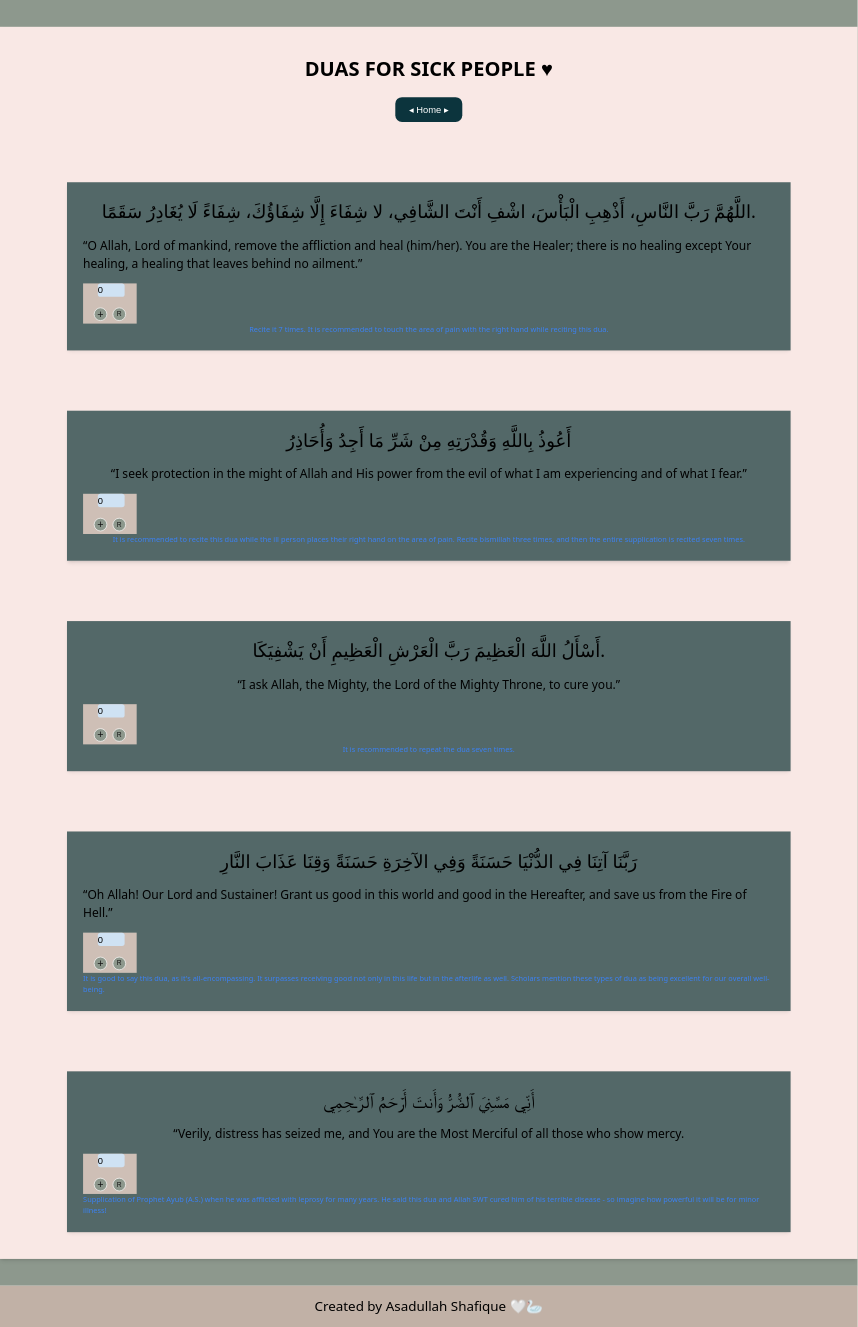
Repository: asadullah48/Duas_Diary
Page: /sick
These files come from the project's save history. The page is drawn as it stood at one moment and after a run of saves; the edit follows.
The browser window is 1280 px wide. The pictures show the whole page, at 67% of full size.
The project was rebuilt for these pictures with package versions that can differ from the ones it lists, and the page was loaded fresh each time. The framework's server and built-in components were replaced by stand-ins that run in the browser. Also part of the build but not shown: next.config.ts.

Above is the page before, as saved 2024-11-30 10:13:03.

### src/app/layout.tsx
import type { Metadata } from "next";
import localFont from "next/font/local";
import "./globals.css";
import Footer from "../components/footer";

const geistSans = localFont({
  src: "./fonts/GeistVF.woff",
  variable: "--font-geist-sans",
  weight: "100 900",
});
const geistMono = localFont({
  src: "./fonts/GeistMonoVF.woff",
  variable: "--font-geist-mono",
  weight: "100 900",
});

export const metadata: Metadata = {
  title: "Create Next App",
  description: "Generated by create next app",
};

export default function RootLayout({
  children,
}: Readonly<{
  children: React.ReactNode;
}>) {
  return (
    <html lang="en">
      <body
        className={`${geistSans.variable} ${geistMono.variable} antialiased`}
      >
        {children}
        <Footer/>
      </body>
    </html>
  );
}

### src/app/sick/page.tsx
import Link from "next/link";
import LightPinkSection from "@/components/props";
import Button from "@/components/button";

export default function Sick() {
  return (
    <div className="w-full h-auto bg-[#8D988D] flex justify-center items-center py-10">
      <div className="w-[95%] lg:w-[1300px] h-auto bg-[#F9E8E5] p-5 lg:p-10 rounded-md shadow-md">
        <div className="font-sans font-bold text-[24px] lg:text-[30px] text-black text-center mb-5">
          DUAS FOR SICK PEOPLE ♥
        </div>
        <Link href="/">
          <button className="bg-[#0c343d] text-white text-[12px] lg:text-[14px] mt-3 mb-5 mx-auto block rounded-[10px] px-5 py-2">
            ◂ Home ▸
          </button>
        </Link>

        {/* Dua Sections */}
        <LightPinkSection
          paragraph="اللَّهُمَّ رَبَّ النَّاسِ، أَذْهِبِ الْبَأْسَ، اشْفِ أَنْتَ الشَّافِي، لا شِفَاءَ إِلَّا شِفَاؤُكَ، شِفَاءً لَا يُغَادِرُ سَقَمًا."
          paragraph2="“O Allah, Lord of mankind, remove the affliction and heal (him/her). You are the Healer; there is no healing except Your healing, a healing that leaves behind no ailment.”"
          buttonText={<Button />}
          note="Recite it 7 times. It is recommended to touch the area of pain with the right hand while reciting this dua."
        />
        <LightPinkSection
          paragraph="أَعُوذُ بِاللَّهِ وَقُدْرَتِهِ مِنْ شَرِّ مَا أَجِدُ وَأُحَاذِرُ"
          paragraph2="“I seek protection in the might of Allah and His power from the evil of what I am experiencing and of what I fear.”"
          buttonText={<Button />}
          note="It is recommended to recite this dua while the ill person places their right hand on the area of pain. Recite bismillah three times, and then the entire supplication is recited seven times."
        />
        <LightPinkSection
          paragraph="أَسْأَلُ اللَّهَ الْعَظِيمَ رَبَّ الْعَرْشِ الْعَظِيمِ أَنْ يَشْفِيَكَا."
          paragraph2="“I ask Allah, the Mighty, the Lord of the Mighty Throne, to cure you.”"
          buttonText={<Button />}
          note="It is recommended to repeat the dua seven times."
        />
        <LightPinkSection
          paragraph="رَبَّنَا آتِنَا فِي الدُّنْيَا حَسَنَةً وَفِي الآخِرَةِ حَسَنَةً وَقِنَا عَذَابَ النَّارِ"
          paragraph2="“Oh Allah! Our Lord and Sustainer! Grant us good in this world and good in the Hereafter, and save us from the Fire of Hell.”"
          buttonText={<Button />}
          note="It is good to say this dua, as it's all-encompassing. It surpasses receiving good not only in this life but in the afterlife as well. Scholars mention these types of dua as being excellent for our overall well-being."
        />
        <LightPinkSection
          paragraph="أَنِّي مَسَّنِيَ ٱلضُّرُّ وَأَنتَ أَرۡحَمُ ٱلرَّـٰحِمِي"
          paragraph2="“Verily, distress has seized me, and You are the Most Merciful of all those who show mercy."
          buttonText={<Button />}
          note="Supplication of Prophet Ayub (A.S.) when he was afflicted with leprosy for many years. He said this dua and Allah SWT cured him of his terrible disease - so imagine how powerful it will be for minor illness!"
        />
      </div>
    </div>
  );
}

### src/components/footer.tsx
// components/Footer.tsx
export default function Footer() {
    return (
      <footer className="w-full bg-[#C1B1A6] py-4">
        <div className="text-center text-black font-sans text-[16px] sm:text-[18px] lg:text-[20px]">
          Created by Asadullah Shafique 🤍🦢
        </div>
      </footer>
    );
  }

### src/components/props.tsx
import { ReactNode } from "react";

type SectionProps = {
  paragraph: string;
  buttonText: ReactNode;
  paragraph2: string;
  note: string; // Allows JSX elements, strings, or components
};

export default function LightPinkSection({
  paragraph,
  buttonText,
  paragraph2,
  note,
}: SectionProps) {
  return (
    <div className="w-[90%] bg-[#244244c5] p-6 rounded-lg mx-auto shadow-md mt-[90px]">
      <p className="text-black text-[27px] font-sans mb-4 flex justify-center">
        {paragraph}
      </p>
      <p className="text-black text-[18px] font-sans mb-4 flex justify-center">
        {paragraph2}
      </p>
      <div>{buttonText}</div>
      <p className="text-blue-500 text-[11px] font-sans flex justify-center">
        {note}
      </p>
    </div>
  );
}

### src/components/button.tsx
"use client";

import { useState } from "react";

export default function Button() {
  // hook, event ke against ui ko update krna
  let [count, setcount] = useState(0); //returns array ik element hota hai jese yaha pr 0 hai  ik function aur jo function hota hai woh humari value hoti h
  console.log(count);

  const handleClick = () => {
    setcount(count + 1); //re-renders new value
  };

  const handleReset = () => {
    setcount(0); // reset back to 0
  };

  return (
    <div className="bg-[#CEBFB6] w-[80px] h-[60px] flex flex-col items-center justify-between">
      <p className="text-black w-[40px] flex text-sm bg-[#cfe2f3] rounded ml-1">
        {count}
      </p>

      <div className="flex space-x-2 mt-2">
        <button
          onClick={handleClick}
          className="bg-[#8D988D] w-[20px] h-[20px] px-1 py-1 rounded-full border mt-1 mb-1 border-white flex items-center justify-center text-center"
        >
          +
        </button>

        {/* Reset Button */}
        <button
          onClick={handleReset}
          className="bg-[#8D988D] w-[20px] h-[20px] px-1 py-1 rounded-full border mt-1 mb-1 border-white flex items-center justify-center text-[10px] text-center"
        >
          R
        </button>
      </div>
    </div>
  );
}

Loaded but not shown: src/app/globals.css (common file); tailwind.config.ts (common file)

After the next 2 saves:
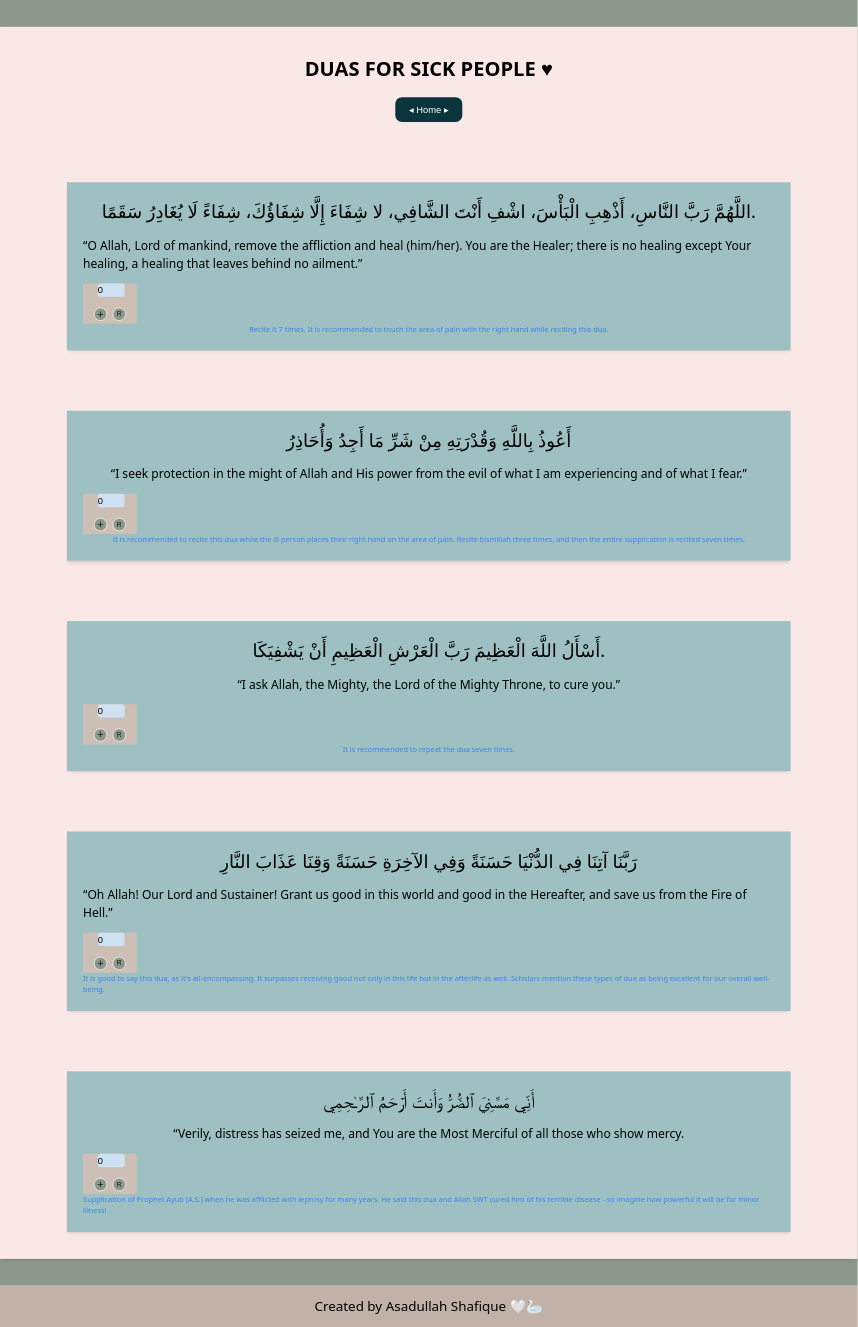
The 2 saves are shown as one change because they came seconds apart.
The last was saved 10 s later.
--- a/src/components/props.tsx
+++ b/src/components/props.tsx
@@ -14,7 +14,7 @@ export default function LightPinkSection({
   note,
 }: SectionProps) {
   return (
-    <div className="w-[90%] bg-[#244244c5] p-6 rounded-lg mx-auto shadow-md mt-[90px]">
+    <div className="w-[90%] bg-[#85b4b8c5] p-6 rounded-lg mx-auto shadow-md mt-[90px]">
       <p className="text-black text-[27px] font-sans mb-4 flex justify-center">
         {paragraph}
       </p>
